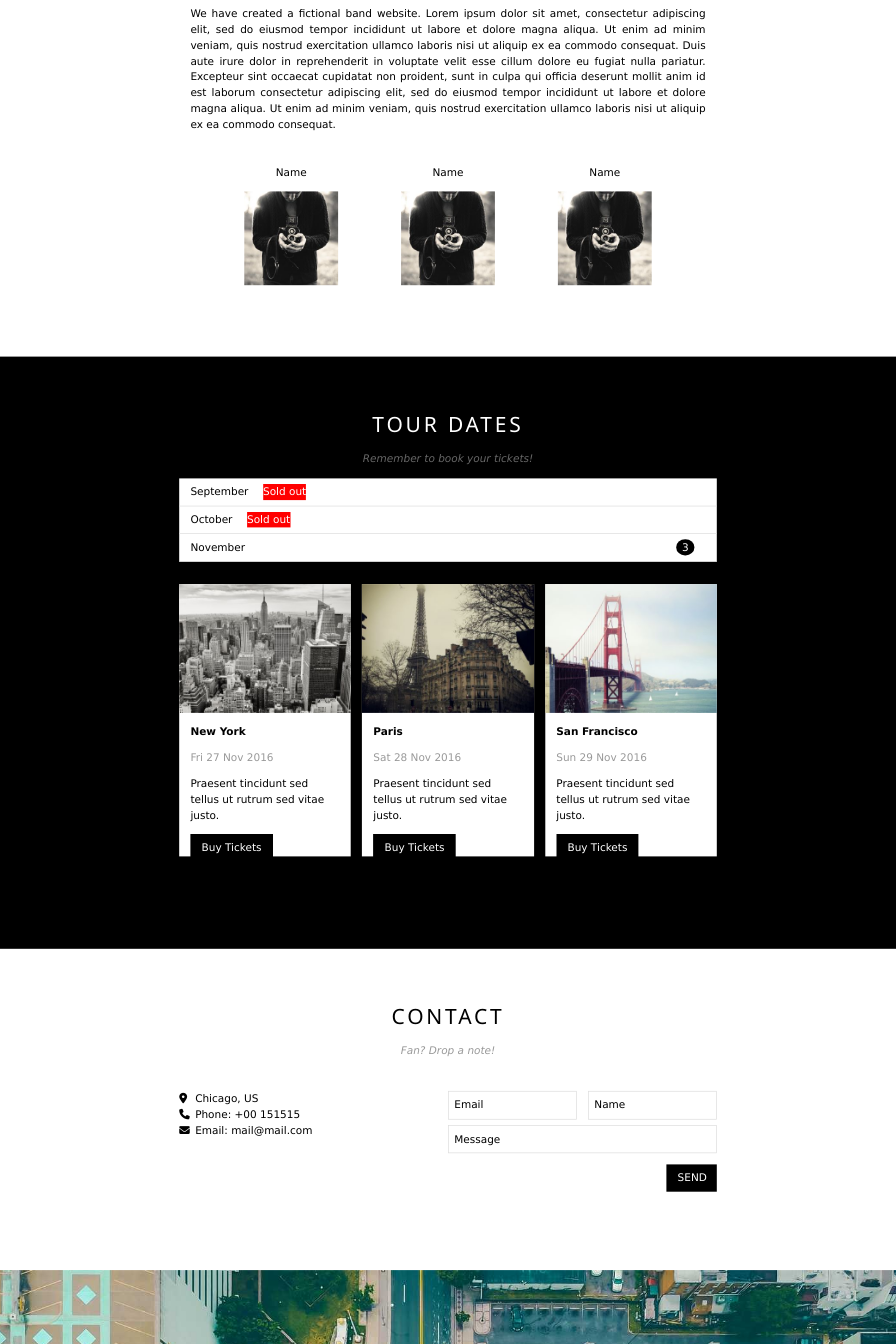
Repository: ngotranphuongbao/theband
Page: index.html
An editor plug-in stored every save of this project. The page is shown before and after the next save, followed by the edit.
The browser window is 1280 px wide. The pictures show the part of the page from y = 849 to 2769 px (the page is 3649 px tall), at 70% of full size.
Some web libraries are served in a nearby version.

Above is the page before, as saved 2022-12-22 08:32:28.

After the next save:
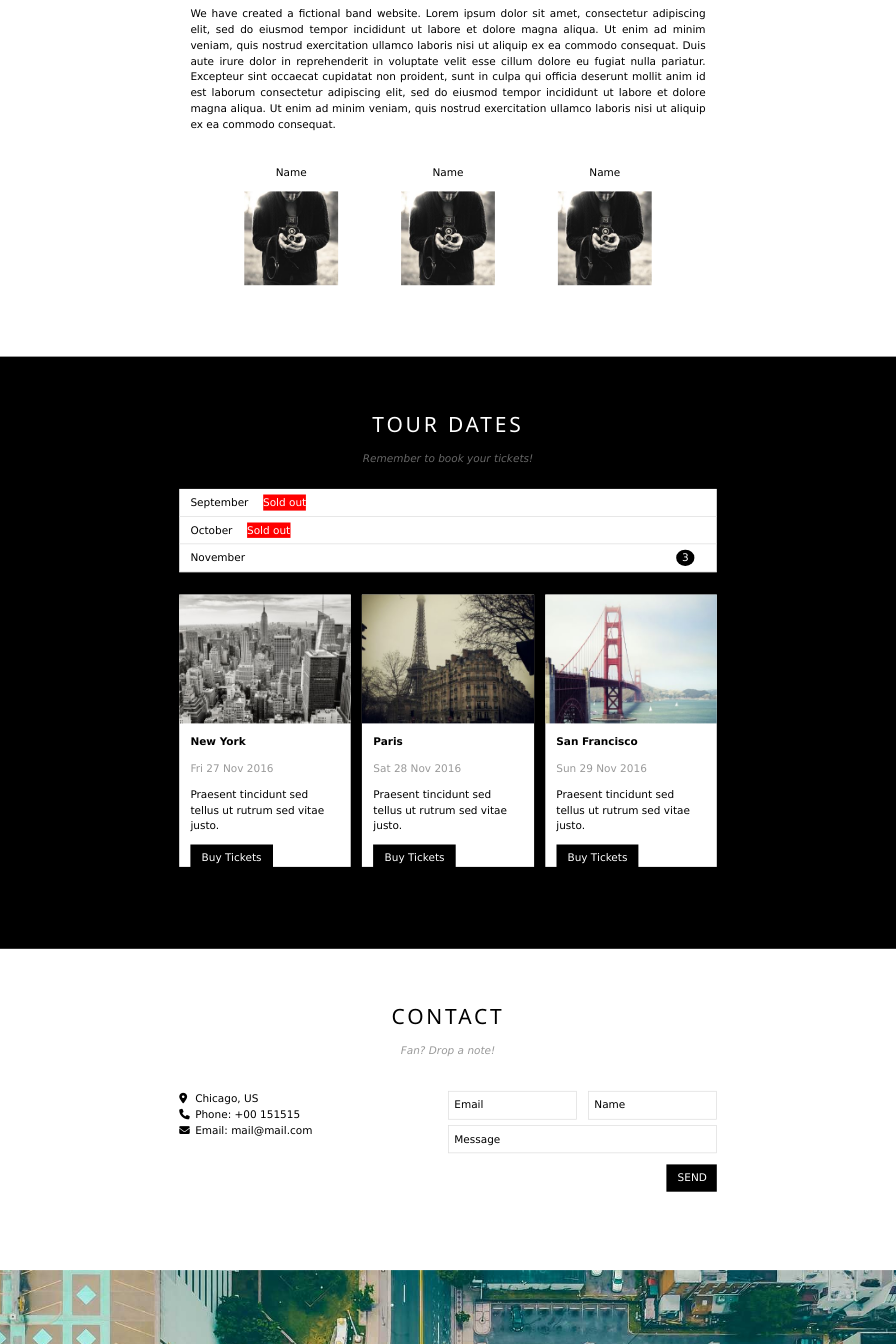
Saved 7 min 23 s later.
--- a/assets/css/style.css
+++ b/assets/css/style.css
@@ -199,7 +199,7 @@ html {
 }
 
 #booking {
-    margin-top: 18.4px;
+    margin-top: 33.4px;
     background-color: white;
 }
 
